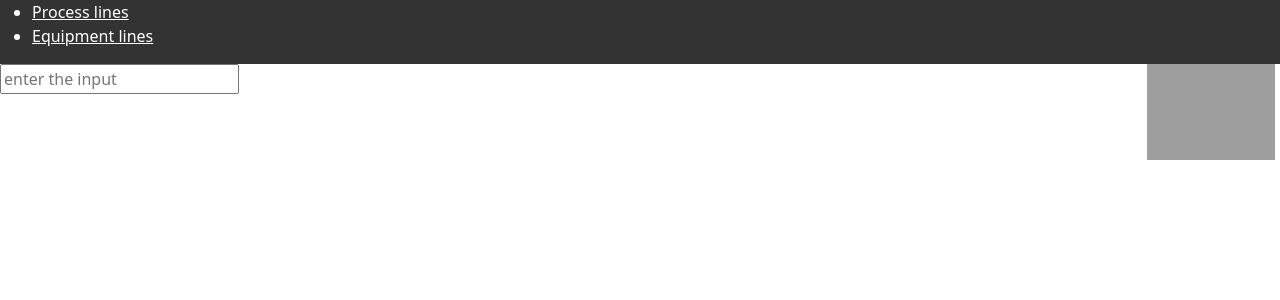
Repository: sreech465/evin3
Page: /pdetails
An editor plug-in stored every save of this project. The page is shown before and after the next save, followed by the edit.
The browser window is 1280 px wide. The pictures show the whole page.
Pictures or frames that could not be fetched are drawn as grey boxes. The page's requests for data from a server got no answer. The project was rebuilt for these pictures with package versions that can differ from the ones it lists, and the page was loaded fresh each time. No one was signed in, and anything a server would have sent is missing. Also part of the build but not shown: src/Login.js, src/Display.js, src/Details.js, src/Equipment.js, src/Learning.js, src/ProcessDetails.js, src/EquipDetails.js.

Above is the page before, as saved 2022-10-29 07:33:14.

After the next save:
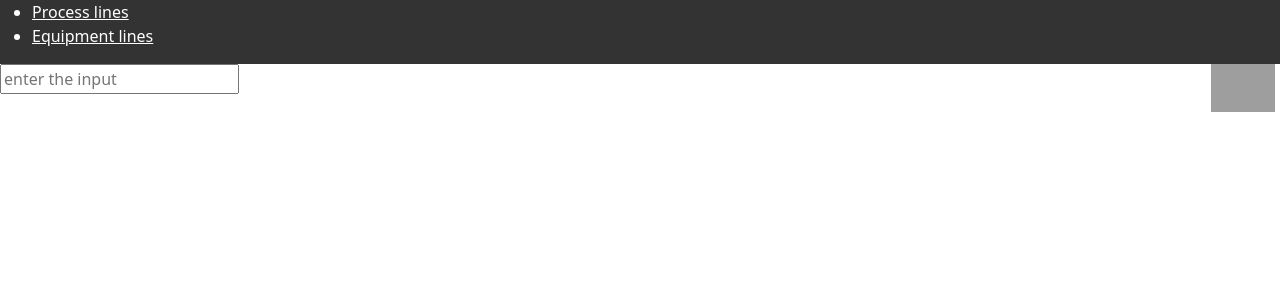
Saved 19 s later.
--- a/src/CustomSearchBar.js
+++ b/src/CustomSearchBar.js
@@ -27,7 +27,7 @@ const CustomSearchBar = (props) => {
         <div>
           <img
             src="http://52.139.224.15:9090/assets/svg-icon/ic_filter.svg"
-            style={{ width: "10%", position: "absolute", right: 5 }}
+            style={{ width: "5%", position: "absolute", right: 5 }}
           />
         </div>
       </div>
